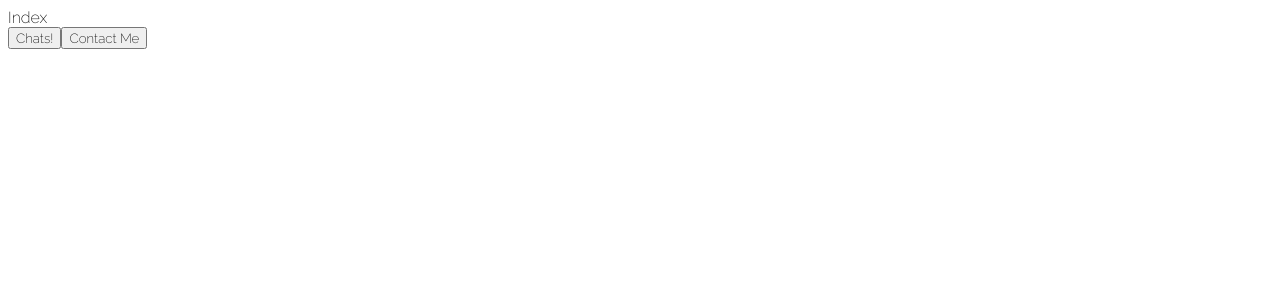
Repository: semileeBCIT/MDIA2109Tut4
Page: /
These files come from the project's save history. The page is drawn as it stood at one moment and after the next save; the edit follows.
The browser window is 1280 px wide. The pictures show the whole page.
The project was rebuilt for these pictures with package versions that can differ from the ones it lists, and the page was loaded fresh each time. The framework's server and built-in components were replaced by stand-ins that run in the browser. Also part of the build but not shown: next.config.js.

Above is the page before, as saved 2020-04-15 14:46:55.

### pages/_app.js
// import App from 'next/app'
import './app.css';

function MyApp({ Component, pageProps }) {
    return <Component {...pageProps} />
  }

  // Only uncomment this method if you have blocking data requirements for
  // every single page in your application. This disables the ability to
  // perform automatic static optimization, causing every page in your app to
  // be server-side rendered.
  //
  // MyApp.getInitialProps = async (appContext) => {
  //   // calls page's `getInitialProps` and fills `appProps.pageProps`
  //   const appProps = await App.getInitialProps(appContext);
  //
  //   return { ...appProps }
  // }

  export default MyApp

### pages/_document.js
import Document, { Html, Head, Main, NextScript } from 'next/document';

class MyDocument extends Document {
  static async getInitialProps(ctx) {
    const initialProps = await Document.getInitialProps(ctx)
    return { ...initialProps }
  }

  render() {
    return (
      <Html>
        <Head />
        <body>
          <link href="https://fonts.googleapis.com/css2?family=Raleway:wght@200&display=swap" rel="stylesheet"></link>
          <Main />
          <NextScript />
        </body>
      </Html>
    )
  }
}

export default MyDocument

### pages/index.js
import Link from 'next/link';
import Router from 'next/router';


function ClickIndex(){

    document.querySelector("#mainapp").style.right = "-100%";
    setTimeout(function(){
      Router.push("/ChatPage");
  }, 1000)
}

const Index = () => <div id="mainapp">
    <div onClick={ClickIndex}>Index</div>

    <Link href="/ChatPage"><button>Chats!</button></Link>
    <Link href="/Contact"><button>Contact Me</button></Link>
</div>

export default Index;

### pages/app.css
*{
    font-family: 'Raleway', sans-serif;
}

#mainapp{
    position:relative;
    right:0;
    opacity: 1;
    transition: opacity 1s, right 1s;
}

After the next save:
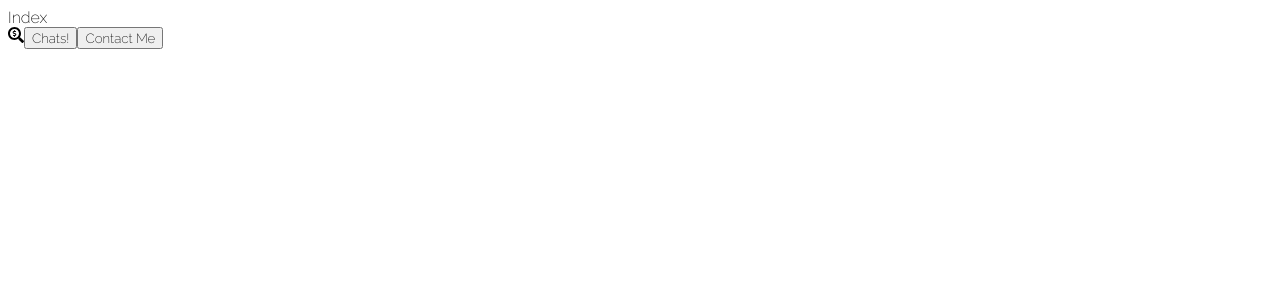
Saved 7 min 42 s later.
--- a/pages/index.js
+++ b/pages/index.js
@@ -1,6 +1,6 @@
 import Link from 'next/link';
 import Router from 'next/router';
-
+import {FaSearchDollar} from 'react-icons/fa';
 
 function ClickIndex(){
 
@@ -12,7 +12,7 @@ function ClickIndex(){
 
 const Index = () => <div id="mainapp">
     <div onClick={ClickIndex}>Index</div>
-
+    <FaSearchDollar />
     <Link href="/ChatPage"><button>Chats!</button></Link>
     <Link href="/Contact"><button>Contact Me</button></Link>
 </div>
